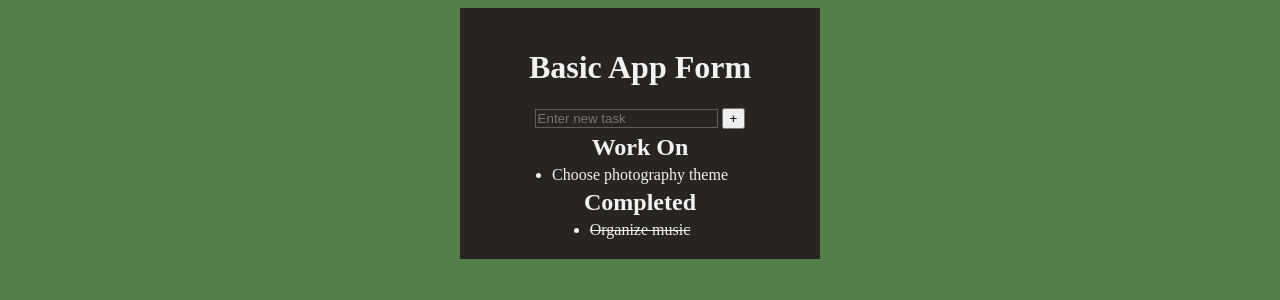
Repository: Kayla-amr/dgm_3760
Page: todoTemplate-W2/index.html
The author's editor kept a copy of each file at every save. The page is drawn from the files as they stood at one save, then again after a run of saves.
The browser window is 1280 px wide. The pictures show the whole page.

Above is the page before, as saved 2022-10-17 17:49:09.

### todoTemplate-W2/index.html
<!DOCTYPE html>
<html lang="en">

<head>
    <meta charset="UTF-8">
    <meta http-equiv="X-UA-Compatible" content="IE=edge">
    <meta name="viewport" content="width=device-width, initial-scale=1.0">
    <link rel="stylesheet" href="styles.css">
    <title>Basic Todo App</title>
</head>

<body>
    <main>
        <div class="taskForm">
            <h1 class="formTitle"></h1>
            <div>
                <input class="userInput" type="text" placeholder="Enter new task">
                <button class="addTask">+</button>
            </div>
            <h2>Work On</h2>
            <ul class='todoTasks'>
            </ul>
            <h2>Completed</h2>
            <ul class='completedTasks'>
            </ul>
    </main>

    </div>
</body>
<script src="/todoTemplate-W2/index.js"></script>

</html>

### todoTemplate-W2/styles.css
body{
    background-color: #557f49;
    color: #f2f2f2;
}
main{
    display: flex;
    justify-content: center;
}
h2{
    margin: 0;
    padding: 5px;
}
.taskForm{
    background-color: #262524;
    padding: 20px;
    width: 20rem;
    display: flex;
    flex-direction: column;
    align-items: center;
}

.todoTasks{
    margin: 0;
    padding: 0;
}
.completedTasks{
    margin: 0;
    padding: 0;
}
.userInput{
    background-color: #eaaf1900;
    border: 1px solid #808080a1;
    color: #f2f2f2;
}

### todoTemplate-W2/index.js
let myList = [
	{
		id: 0,
		name: 'Choose photography theme',
		category: 'Homework',
		due_date: 'Tomorrow',
		status: false
	},
	{
		id: 1,
		name: 'Organize music',
		category: 'Chores',
		due_date: 'Wednesday',
		status: true
	}
];

//app title
document.querySelector('.formTitle').innerText = 'Basic App Form';

//view todods


function displayTodos(todos) {
	//clear out any tasks (li elements) that are in the UL
	todoTaskUl.innerHTML = '';
  completedTaskUL.innerHTML = '';
	//for each todo in the array, add it to the container UL
	todos.forEach(function(myTask) {
    if (myTask.status != true) {
      todoTaskUl.innerHTML += `<li data-todoId='${myTask.id}'> ${myTask.name} </li>`;
    } else {
      completedTaskUL.style.textDecoration = 'line-through'
      completedTaskUL.innerHTML += `<li data-todoId='${myTask.id}'> ${myTask.name} </li>`;
    }

	});
}

//add todos





function addTask(){
  let userInput = document.querySelector('.userInput').value;

  const newTodoObj = {
	id: myList.length + 1,
	name: userInput,
	category: null,
	due_date: null,
	status: false
}

  myList.push(newTodoObj);
  displayTodos(myList)
}

// create a function to complete todos
function completeTask(){
  const clickedTodoId = event.target.dataset.todoid
	const todoIdx = myList.findIndex((todo) => todo.id == clickedTodoId)
  myList[todoIdx].status = !myList[todoIdx].status
  displayTodos(myList)
	// function will take 1 parameter (input) an id of the todo to complete
	// find the todo to complete and then change the value of status in the todo object
		//use the .findIndex method to get the index
		//then edit the object directly using bracket notation
		//IE: myList[todoIDX].status
}


//create a function to delete todos
function deleteTask(){
	//much the same as the complete todo function
	//instead of editing the object, you will need to remove it from the array
}


//for complete and delete event listeners you will need to listen for events on the UL


const addBtn = document.querySelector('.addTask') //store element object for the add task button
const todoTaskUl = document.querySelector('.todoTasks'); //get a reference to the task container UL
const completedTaskUL = document.querySelector('.completedTasks'); //get a reference to the task container UL

addBtn.addEventListener('click', (event) => {
	addTask()
})

todoTaskUl.addEventListener('click', (event) => {
	completeTask()
})

completedTaskUL.addEventListener('click', (event) => {
	//get the id of the todo that the user clicked on.
	console.log(event.target.dataset.todoid)

	const clickedTodoId = event.target.dataset.todoid

	const todoIdx = myList.findIndex((todo) => todo.id == clickedTodoId)

	console.log(todoIdx)
	//flip the status value
	myList[todoIdx].status = !myList[todoIdx].status

	console.log(myList)

	displayTodos(myList)
})

//on page load, show the todos
displayTodos(myList)

After the next 4 saves:
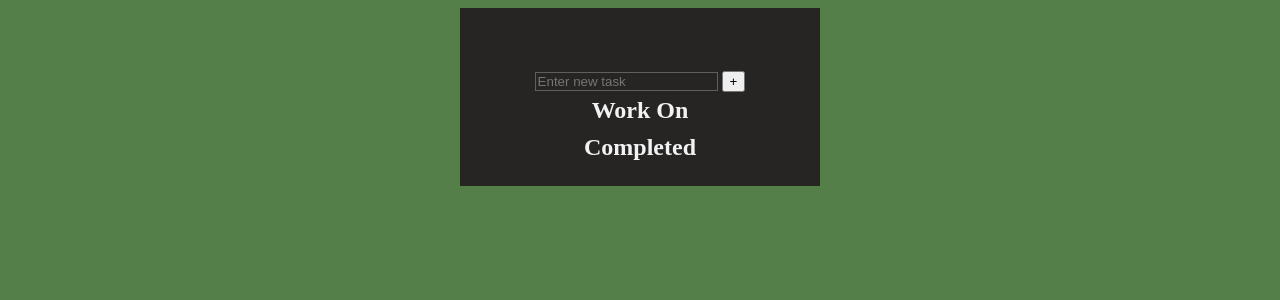
Console error: SyntaxError: Unexpected token 'function'
The 4 saves are shown as one change because they came seconds apart.
The last was saved 80 s later.
--- a/todoTemplate-W2/index.js
+++ b/todoTemplate-W2/index.js
@@ -71,7 +71,7 @@
 		//IE: myList[todoIDX].status
 }
 
-
+function undoCompleted
 //create a function to delete todos
 function deleteTask(){
 	//much the same as the complete todo function

After the save that followed:
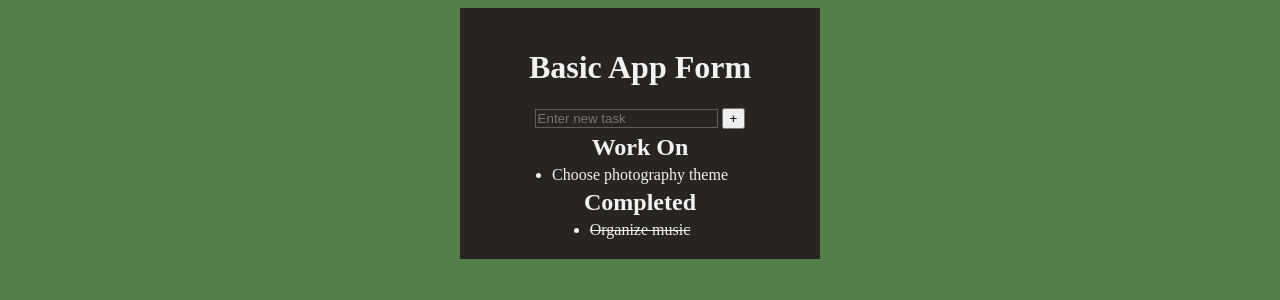
The error is gone.
Saved 4 s later.
--- a/todoTemplate-W2/index.js
+++ b/todoTemplate-W2/index.js
@@ -71,7 +71,21 @@
 		//IE: myList[todoIDX].status
 }
 
-function undoCompleted
+function undoCompletedTask(){
+  //get the id of the todo that the user clicked on.
+	console.log(event.target.dataset.todoid)
+
+	const clickedTodoId = event.target.dataset.todoid
+
+	const todoIdx = myList.findIndex((todo) => todo.id == clickedTodoId)
+
+	console.log(todoIdx)
+	//flip the status value
+	myList[todoIdx].status = !myList[todoIdx].status
+
+	console.log(myList)
+
+}
 //create a function to delete todos
 function deleteTask(){
 	//much the same as the complete todo function
